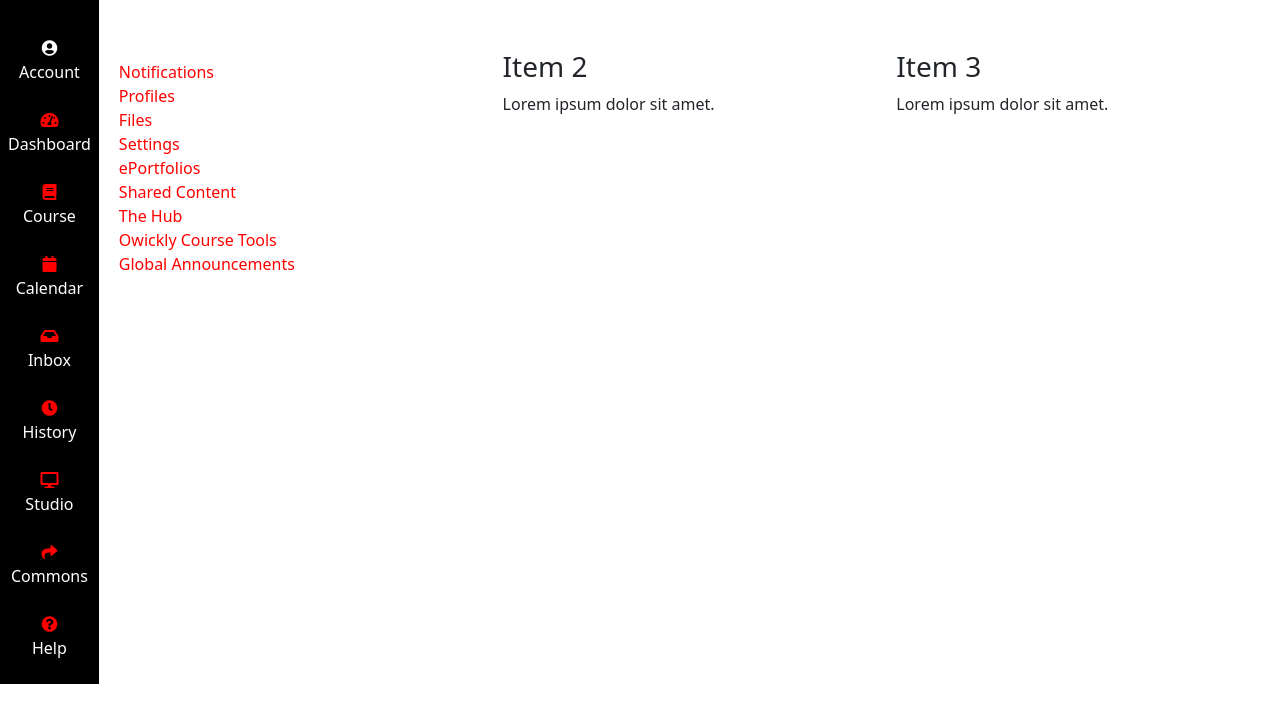
Repository: yuqiant/kanbas-react-web-app
Page: public/kanbas/Account/account.html
The author's editor kept a copy of each file at every save. The page is drawn from the files as they stood at one save, then again after the next save.
The browser window is 1280 px wide. The pictures show the whole page.

Above is the page before, as saved 2023-10-04 14:13:47.

After the next save:
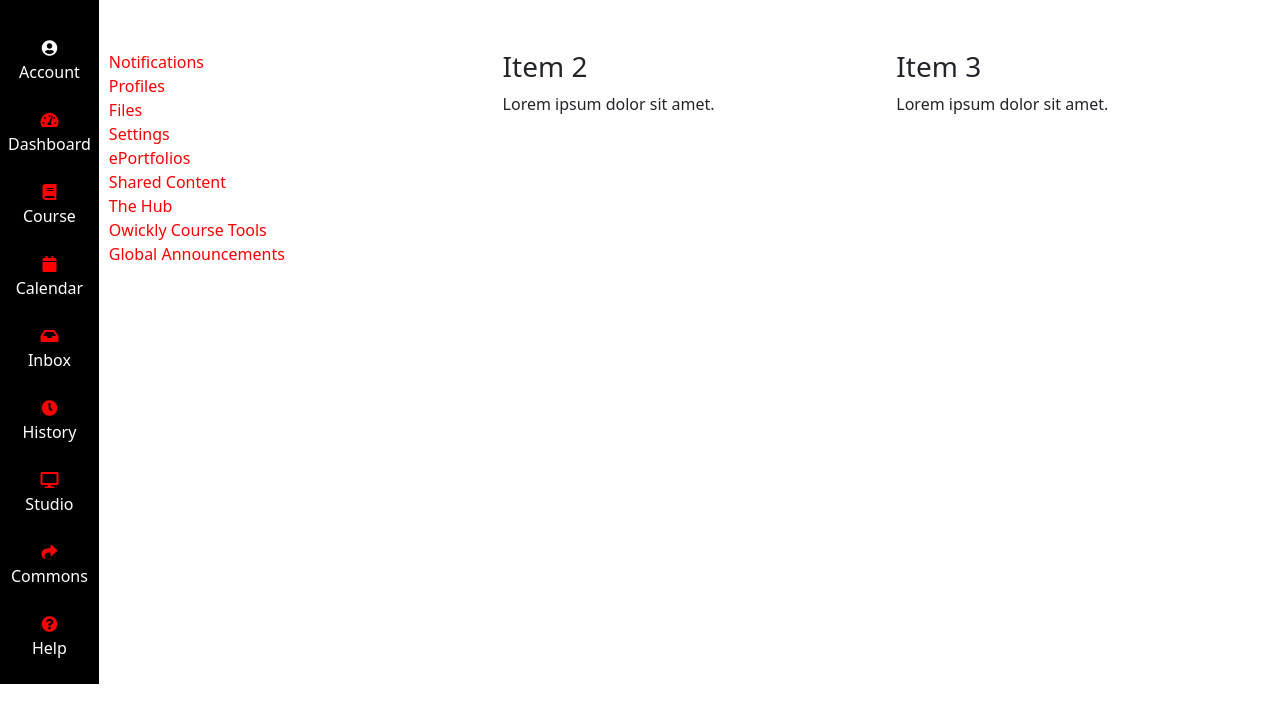
Saved 11 s later.
--- a/public/kanbas/Account/account.html
+++ b/public/kanbas/Account/account.html
@@ -38,7 +38,7 @@
             <div class="right-bottom">
 
                 <div class="right-bottom-item">
-                    <div class="right-bottom-item item1">
+                    <div class="right-bottom-item1">
 
 
                         <ul>
